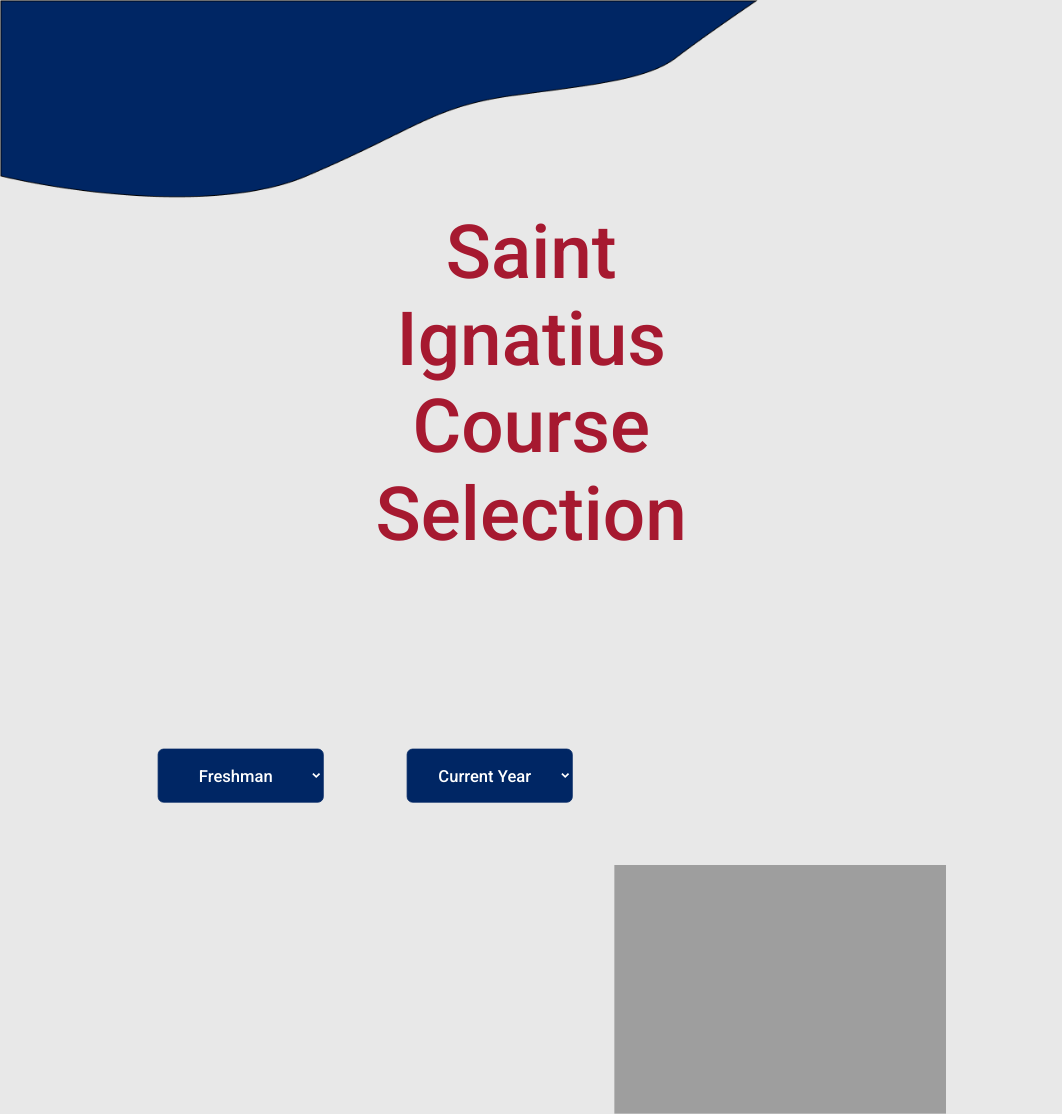
Repository: BuddyBob/si_course_selection
Page: /
An editor plug-in stored every save of this project. The page is shown before and after a run of saves, followed by the edit.
The browser window is 1280 px wide. The pictures show the whole page, at 83% of full size.
Pictures or frames that could not be fetched are drawn as grey boxes. The project was rebuilt for these pictures with package versions that can differ from the ones it lists, and the page was loaded fresh each time.

Above is the page before, as saved 2022-12-29 11:56:13.

After the next 2 saves:
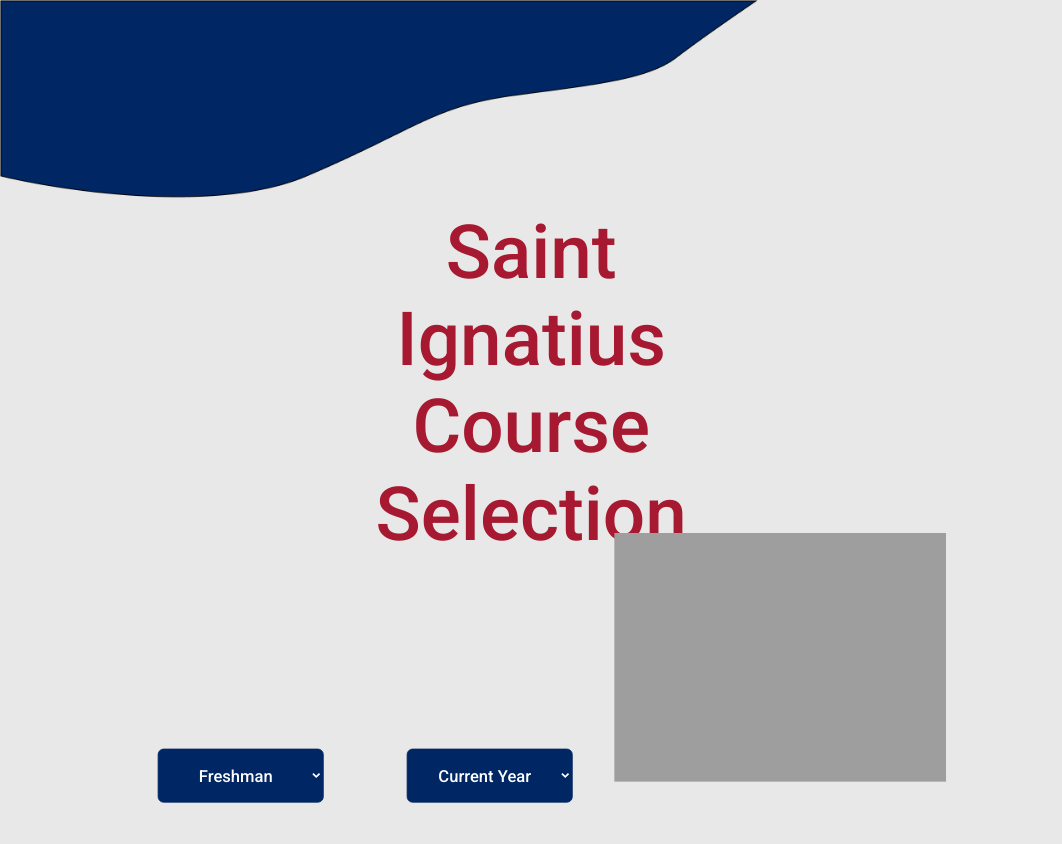
The 2 saves are shown as one change because they came seconds apart.
The last was saved 13 s later.
--- a/src/index.css
+++ b/src/index.css
@@ -85,8 +85,3 @@
   top: 400px;;
 
 }
-
-.arrow5{
-  position: relative;
-  top: 400px;
-}
